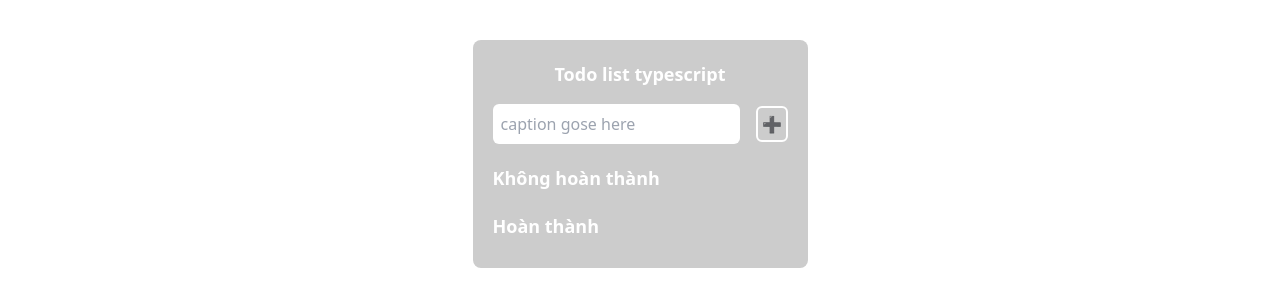
Repository: VIET-TU/react-super-main
Page: / (app in todolist-mybuild/)
An editor plug-in stored every save of this project. The page is shown before and after the next save, followed by the edit.
The browser window is 1280 px wide. The pictures show the whole page.
The project was rebuilt for these pictures with package versions that can differ from the ones it lists, and the page was loaded fresh each time. Also part of the build but not shown: todolist-mybuild/vite.config.ts.

Above is the page before, as saved 2023-05-16 08:13:41.

### todolist-mybuild/src/App.tsx
import TodoList from './components/TodoLists'

function App() {
  return (
    <>
      <TodoList></TodoList>
    </>
  )
}

export default App

### todolist-mybuild/src/index.css
@tailwind base;
@tailwind components;
@tailwind utilities;

css *,
*:before,
*:after {
  box-sizing: border-box;
}
* {
  margin: 0;
  padding: 0;
}

input,
select,
textarea {
  outline: none;
}
button {
  outline: none;
}

### todolist-mybuild/src/components/TodoLists/index.ts
import TodoList from './TodoList'

export default TodoList

### todolist-mybuild/src/components/TodoLists/TodoList.tsx
import { Todo } from '../../@types/todos.types'
import TaskInput from '../TaskInput'
import TaskList from '../TaskList'
import { useEffect, useState } from 'react'

const TodoList = () => {
  const [todos, setTodos] = useState<Todo[]>([])
  const [currentTodo, setCurrentTodo] = useState<Todo | null>(null)
  const doneTodos = todos.filter((todo) => todo.done)
  const notdoneTodos = todos.filter((todo) => !todo.done)

  useEffect(() => {
    const todosString = localStorage.getItem('todos')
    const todosObj: Todo[] = JSON.parse(todosString || '[]')
    setTodos(todosObj)
  }, [])

  const addTodo = (name: string): void => {
    const todo: Todo = {
      name,
      done: false,
      id: new Date().toISOString()
    }
    setTodos((pre) => [...pre, todo])
    const todosString = localStorage.getItem('todos')
    const todosObj: Todo[] = JSON.parse(todosString || '[]')
    const newTodoObj = [...todosObj, todo]
    localStorage.setItem('todos', JSON.stringify(newTodoObj))
  }

  const handleDoneTodo = (id: string, done: boolean) => {
    setTodos((prev) => {
      return prev.map((todo) => {
        if (todo.id === id) {
          return { ...todo, done }
        }
        return todo
      })
    })
  }

  const startEditTodo = (id: string) => {
    const findedTodo = todos.find((todo) => todo.id === id)
    if (findedTodo) {
      setCurrentTodo(findedTodo)
    }
  }

  const editTodo = (name: string) => {
    setCurrentTodo((prev) => {
      if (prev) {
        return { ...prev, name }
      }
      return prev
    })
  }

  const finishEditTodo = () => {
    setTodos((prev) => {
      return prev.map((todo) => {
        if (todo.id === (currentTodo as Todo).id) {
          return currentTodo as Todo
        }
        return todo
      })
    })
    setCurrentTodo(null)
  }

  const deleteTodo = (id: string) => {
    if (currentTodo) {
      setCurrentTodo(null)
    }

    setTodos((prev) => {
      const findedIndexTodo = prev.findIndex((todo) => todo.id === id)
      if (findedIndexTodo > -1) {
        const result = [...prev]
        result.splice(findedIndexTodo, 1) // delete 1 elem in array
        return result
      }
      return prev
    })
  }

  return (
    <div className='p-[20px] rounded-lg bg-[#ccc] max-w-max mx-auto my-10'>
      <TaskInput
        editTodo={editTodo}
        addTodo={addTodo}
        currentTodo={currentTodo}
        finishEditTodo={finishEditTodo}
      ></TaskInput>
      <TaskList
        handleDoneTodo={handleDoneTodo}
        todos={notdoneTodos}
        doneTaskList={false}
        startEditTodo={startEditTodo}
        deleteTodo={deleteTodo}
      />
      <TaskList
        handleDoneTodo={handleDoneTodo}
        todos={doneTodos}
        doneTaskList={true}
        startEditTodo={startEditTodo}
        deleteTodo={deleteTodo}
      />
    </div>
  )
}

export default TodoList

### todolist-mybuild/src/components/TaskInput/index.ts
import TaskInput from './TaskInput'

export default TaskInput

### todolist-mybuild/src/components/TaskInput/TaskInput.tsx
import React from 'react'
import { useState } from 'react'

interface ITaskInputProps {
  addTodo: (name: string) => void
}

const TaskInput = (props: ITaskInputProps) => {
  const { addTodo } = props

  const [name, setName] = useState<string>('')

  const handleSubmit = (e: React.FormEvent<HTMLFormElement>) => {
    e.preventDefault()
    addTodo(name)
    setName('')
  }

  const onChangeInput = (e: React.ChangeEvent<HTMLInputElement>) => {
    const { value } = e.target
    setName(value)
  }

  return (
    <div className='mb-2'>
      <h1 className='mb-4 text-lg font-bold text-white text-[20px] text-center'>Todo list typescript</h1>
      <form placeholder='enter your text' onSubmit={handleSubmit}>
        <input
          className='p-2 mr-4 rounded-md outline-0'
          type='text'
          placeholder='caption gose here'
          value={name}
          onChange={onChangeInput}
        />
        <button type='submit' className='p-1 border-2 border-white rounded-md'>
          ➕
        </button>
      </form>
    </div>
  )
}

export default TaskInput

### todolist-mybuild/src/components/TaskList/TaskList.tsx
import { Todo } from '../../@types/todos.types'

interface ITaskList {
  doneTaskList?: boolean
  todos: Todo[]
  handleDoneTodo: (id: string, done: boolean) => void
}
const TaskList = (props: ITaskList) => {
  const { doneTaskList, todos, handleDoneTodo } = props
  return (
    <div className='mt-5 text-blue-500'>
      <div className=''>
        <h2 className='mb-2 text-lg font-bold text-white text-[20px]'>
          {doneTaskList ? 'Hoàn thành' : 'Không hoàn thành'}
        </h2>
        <div className='tasks '>
          {todos.map((todo) => (
            <div key={todo.id} className='flex justify-between task'>
              <div className='flex gap-2'>
                <input
                  type='checkbox'
                  name=''
                  id=' '
                  checked={todo.done}
                  onChange={(e) => handleDoneTodo(todo.id, e.target.checked)}
                />
                <div className='relative'>
                  <span>{todo.name}</span>
                  <div
                    className={
                      todo.done
                        ? 'absolute w-full h-[2px] bg-white top-1/2 left-1/2 transform -translate-x-1/2 -translate-y-1/2'
                        : ''
                    }
                  ></div>
                </div>
              </div>
              <div className='flex gap-1'>
                <button>✏️</button>
                <button>🗑️</button>
              </div>
            </div>
          ))}
        </div>
      </div>
    </div>
  )
}

export default TaskList

Loaded but not shown: todolist-mybuild/index.html (common file); todolist-mybuild/src/main.tsx (common file); todolist-mybuild/src/components/TaskList/index.ts (common file); todolist-mybuild/tailwind.config.js (common file)

After the next save:
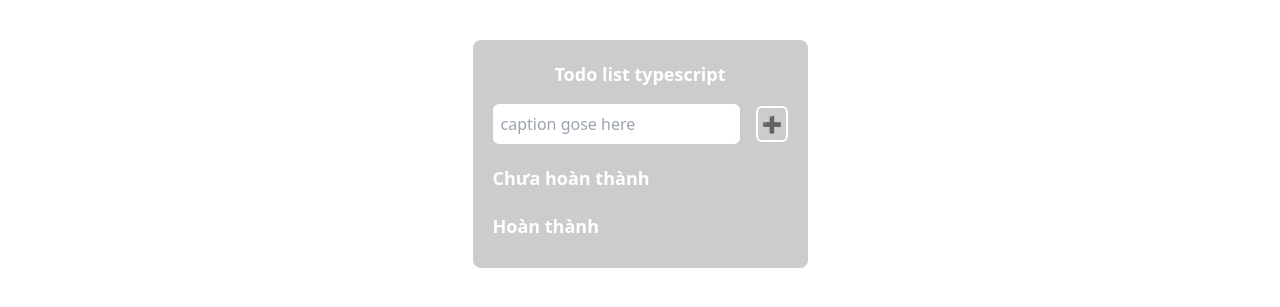
Saved 53 s later.
--- a/todolist-mybuild/src/components/TaskList/TaskList.tsx
+++ b/todolist-mybuild/src/components/TaskList/TaskList.tsx
@@ -11,7 +11,7 @@ const TaskList = (props: ITaskList) => {
     <div className='mt-5 text-blue-500'>
       <div className=''>
         <h2 className='mb-2 text-lg font-bold text-white text-[20px]'>
-          {doneTaskList ? 'Hoàn thành' : 'Không hoàn thành'}
+          {doneTaskList ? 'Hoàn thành' : 'Chưa hoàn thành'}
         </h2>
         <div className='tasks '>
           {todos.map((todo) => (
